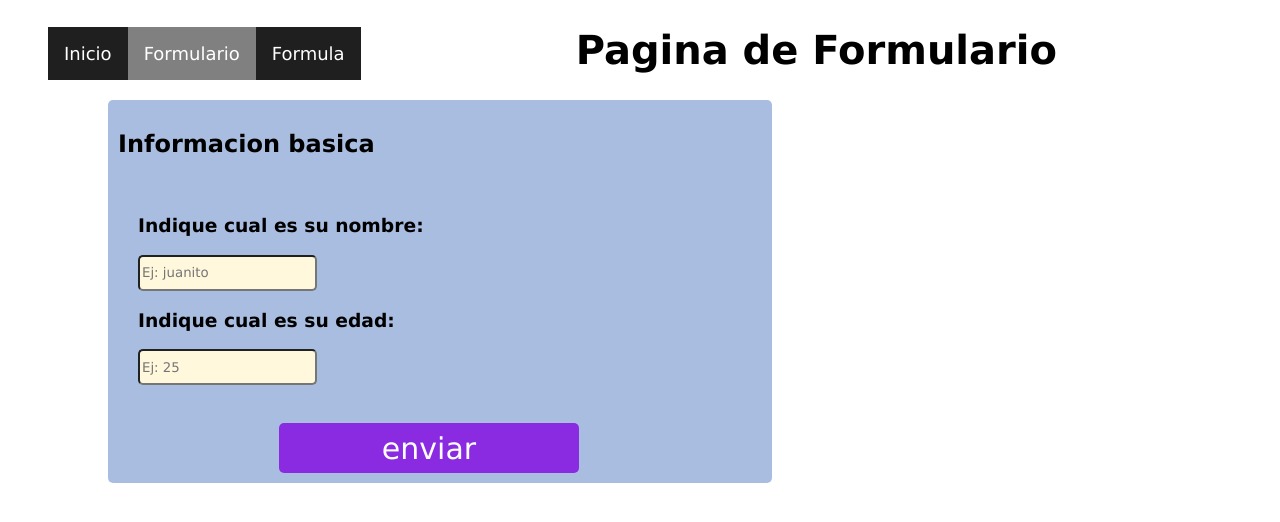
Repository: misterySnow94/tutoriales
Page: pagina basica/formulario.html
An editor plug-in stored every save of this project. The page is shown before and after the next save, followed by the edit.
The browser window is 1280 px wide. The pictures show the whole page.
The pointer rests on the first visible `button`.

Above is the page before, as saved 2019-11-03 23:57:20.

After the next save:
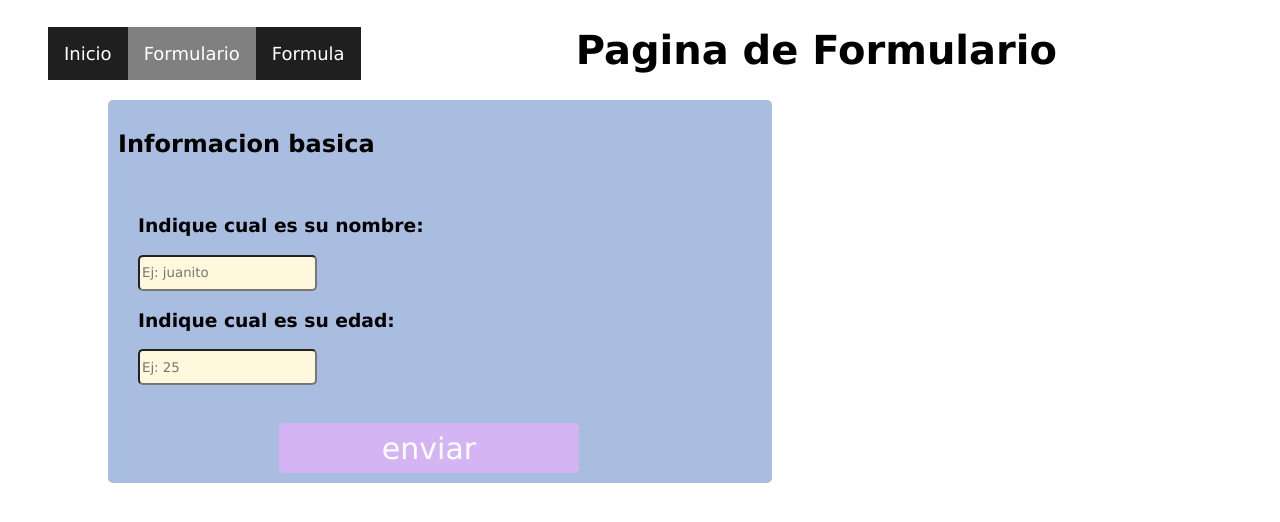
Saved 8 s later.
--- a/pagina basica/css/style.css
+++ b/pagina basica/css/style.css
@@ -60,5 +60,5 @@ button{
 }
 
 button:hover{
-
+    background-color: rgb(213, 180, 243);
 }
